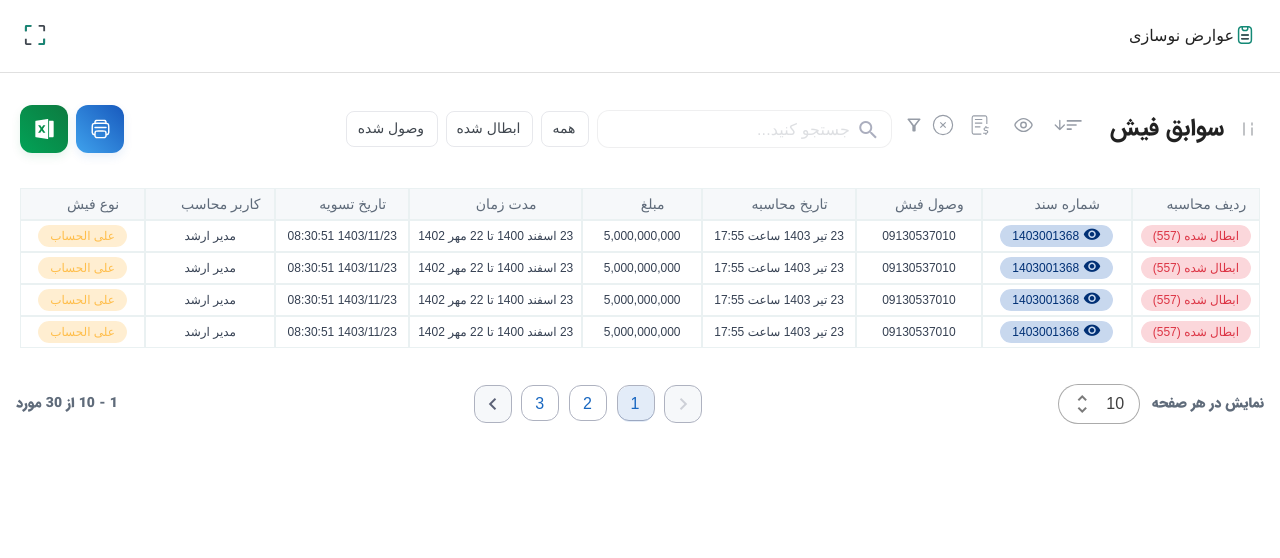
Repository: mobinazarein/data-table
Page: /
These files come from the project's save history. The page is drawn as it stood at one moment and after a run of saves; the edit follows.
The browser window is 1280 px wide. The pictures show the whole page.
Some web fonts or font styles are not loaded; a fallback is used. The project was rebuilt for these pictures with package versions that can differ from the ones it lists, and the page was loaded fresh each time. Also part of the build but not shown: vue.config.js.

Above is the page before, as saved 2025-03-26 13:36:15.

### public/index.html
<!DOCTYPE html>
<html lang="en" dir="rtl">
  <head>
    <meta charset="utf-8">
    <meta http-equiv="X-UA-Compatible" content="IE=edge">
    <meta name="viewport" content="width=device-width,initial-scale=1.0">
    <link rel="icon" href="<%= BASE_URL %>favicon.ico">
    <title><%= htmlWebpackPlugin.options.title %></title>
  </head>
  <body>
    <noscript>
      <strong>We're sorry but <%= htmlWebpackPlugin.options.title %> doesn't
        work properly without JavaScript enabled. Please enable it to
        continue.</strong>
    </noscript>
    <div id="app"></div>
    <!-- built files will be auto injected -->
  </body>
</html>

### src/App.vue
<template>
  <v-app dir="rtl">
    <v-locale-provider :rtl="true">
      <div dir="rtl">
        <TopHeader />
        <DataTable :headers="pageData.headers" :items="pageData.items" :showExportButtons="true" :itemsPerPage="20"
          :showSearchBtn="true" :items-per-page="10" :customStyles="[
            { key: 'row', bgColor: '#FFEEF0', textColor: '#DC3545' },
            { key: 'documentNumber', bgColor: '#E4EFFF', textColor: '#013075', icon: 'mdi-eye', iconColor: '#013075', iconSize: '18px' },
            { key: 'receiptType', bgColor: '#FFBE4C26', textColor: '#FFBE4C' }
          ]" title="سوابق فیش" :iconComponent="PauseIcon"
          :iconList="[PaginationIcon, EyeIcon, InvoiceIcon, CircleCross, FilterIcon]"
          :mobileIconList="[PaginationIcon, EyeIcon, InvoiceIcon, CircleCross, FilterIcon, PrinterIcon, ExcelIcon]"
          :buttons="pageData.buttonList" :mobileFilterButtons="pageData.mobileBtn" :actions="actions" />
      </div>
    </v-locale-provider>
  </v-app>
</template>

<script setup>
import TopHeader from './layouts/TopHeader.vue';
import DataTable from './components/DataTable.vue';
import PauseIcon from './assets/Icons/PauseIcon.vue';
import PaginationIcon from '@/assets/Icons/PaginationIcon.vue';
import EyeIcon from '@/assets/Icons/EyeIcon.vue';
import InvoiceIcon from '@/assets/Icons/InvoiceIcon.vue';
import CircleCross from '@/assets/Icons/CircleCross.vue';
import FilterIcon from '@/assets/Icons/FilterIcon.vue';
import PrinterIcon from '@/assets/Icons/PrinterIcon.vue';
import ExcelIcon from '@/assets/Icons/ExcelIcon.vue';
import { ref } from 'vue';
const pageData = ref({
  headers: [
    { title: 'ردیف محاسبه', key: 'row', align: 'center', sortable: true, width: '121px' },
    { title: 'شماره سند', key: 'documentNumber', align: 'center', sortable: true, width: '165px' },
    { title: 'وصول فیش', key: 'receiptStatus', align: 'center', sortable: true, width: '139px' },
    { title: 'تاریخ محاسبه', key: 'calculationDate', align: 'center', sortable: true, width: '159px' },
    { title: 'مبلغ', key: 'amount', align: 'center', sortable: true, width: '139px' },
    { title: 'مدت زمان', key: 'duration', align: 'center', sortable: true, width: '165px' },
    { title: 'تاریخ تسویه', key: 'settlementDate', align: 'center', sortable: true, width: '139px' },
    { title: 'کاربر محاسب', key: 'user', align: 'center', sortable: true, width: '139px' },
    { title: 'نوع فیش', key: 'receiptType', align: 'center', sortable: true, width: '139px' },
    // { title: 'عملیات', key: 'actions', align: 'center', sortable: true, width: '139px' }
  ],
  items: [
    {
      row: 'ابطال شده (557)',
      documentNumber: '1403001368',
      receiptStatus: '09130537010',
      calculationDate: '23 تیر 1403 ساعت 17:55',
      amount: '5,000,000,000',
      duration: '23 اسفند 1400 تا 22 مهر 1402',
      settlementDate: '1403/11/23 08:30:51',
      user: 'مدیر ارشد',
      receiptType: 'علی الحساب',
    },
    {
      row: 'ابطال شده (557)',
      documentNumber: '1403001368',
      receiptStatus: '09130537010',
      calculationDate: '23 تیر 1403 ساعت 17:55',
      amount: '5,000,000,000',
      duration: '23 اسفند 1400 تا 22 مهر 1402',
      settlementDate: '1403/11/23 08:30:51',
      user: 'مدیر ارشد',
      receiptType: 'علی الحساب'
    },
    {
      row: 'ابطال شده (557)',
      documentNumber: '1403001368',
      receiptStatus: '09130537010',
      calculationDate: '23 تیر 1403 ساعت 17:55',
      amount: '5,000,000,000',
      duration: '23 اسفند 1400 تا 22 مهر 1402',
      settlementDate: '1403/11/23 08:30:51',
      user: 'مدیر ارشد',
      receiptType: 'علی الحساب'
    }, {
      row: 'ابطال شده (557)',
      documentNumber: '1403001368',
      receiptStatus: '09130537010',
      calculationDate: '23 تیر 1403 ساعت 17:55',
      amount: '5,000,000,000',
      duration: '23 اسفند 1400 تا 22 مهر 1402',
      settlementDate: '1403/11/23 08:30:51',
      user: 'مدیر ارشد',
      receiptType: 'علی الحساب'
    }
  ],
  buttonList: [
    { label: 'همه', width: 48 },
    { label: 'ابطال شده', width: 87 },
    { label: 'وصول شده', width: 92 },
  ],
  mobileBtn: [
    { label: "همه", width: 44, borderRadius: 62 },
    { label: "ابطال شده", width: 80, borderRadius: 42 },
    { label: "وصول شده", width: 89, borderRadius: 42 }
  ]
}).value;
const actions = [
  { icon: 'mdi-pencil', method: editItem },
  { icon: 'mdi-delete', method: deleteItem },
];
function editItem() {
  console.log('edit');
}
function deleteItem() {
  console.log('delete');

}
</script>
<style>
body {
  font-family: "IRANSans", sans-serif;
}
</style>

### src/assets/base.scss
// @import "./styles/fonts";

*,
*::before,
*::after {
  box-sizing: border-box;
  margin: 0;
  font-weight: normal;
  font-family: "IRANSans", sans-serif;
  letter-spacing: 0;
}

body {
  font-family: "IRANSans", sans-serif !important;
}
h1,
h2 {
  font-family: "IRANSans", sans-serif;
  font-weight: 700;
}
p {
  font-family: "IRANSans", sans-serif;
  font-weight: 400;
}
.v-field.v-field--center-affix.v-field--prepended.v-field--variant-outlined.v-theme--light.v-locale--is-rtl {
  border-radius: 12px !important;
}
.v-field__prepend-inner {
  color: #737993;
}

label.v-label.v-field-label {
  color: #c7cacf;
}

.v-field.v-field--center-affix.v-field--prepended.v-field--variant-outlined.v-theme--light.v-locale--is-rtl {
  color: #77787f4d;
}
/* .v-table__wrapper {
  overflow: hidden;
} */
.v-data-table thead {
  background-color: #f6f8fa !important;
  width: 138.41665649414062px;
  height: 32px !important;
}

.v-data-table thead th {
  height: 32px !important;
  color: #5f6b7a !important;
  font-weight: 700 !important;
  border: 1px solid #eaf1f2 !important;
  padding: 0 8px !important;
}

.v-data-table tbody tr td {
  height: 32px !important;
  color: #364153 !important;
  font-weight: 500 !important;
  border: 1px solid #eaf1f2 !important;
  white-space: nowrap !important;
  overflow: hidden !important;
  text-overflow: ellipsis !important;
  height: 32px !important;
  padding: 0 8px !important;
  font-size: 12px !important;
  padding: 0 8px !important;
  font-weight: 400 !important;
}

.v-data-table tbody tr {
  height: 32px !important;
}

td.v-data-table__td.v-data-table-column--align-center {
  font-size: 12px !important;
  height: 32px !important;
}

th {
  white-space: nowrap;
}

.custom-pagination .v-pagination__item {
  border-radius: 12px !important;
  min-width: 36px !important;
  height: 36px !important;
  font-size: 14px !important;
  color: #5b6176 !important;
  border: 1px solid #aeb2c0 !important;
}

.custom-pagination .v-pagination__item--active {
  border-radius: 12px !important;
  min-width: 36px !important;
  height: 36px !important;
  background-color: #b8dada !important;
  color: #148976 !important;
  border: 1px solid #148976 !important;
  font-weight: bold !important;
  box-shadow: none !important;
}
button.v-btn.v-btn--icon.v-theme--light.text-primary.v-btn--density-comfortable.v-btn--rounded.v-btn--size-default.v-btn--variant-text {
  border-radius: 12px !important;
}

.custom-pagination .v-pagination__prev,
.custom-pagination .v-pagination__next {
  border-radius: 12px !important;
  background-color: #f6f8fa !important;
  color: #5b6176 !important;
  border: 1px solid #aeb2c0 !important;
}
.mdi-chevron-right::before {
  color: #5b6176 !important;
}

.mdi-chevron-left::before {
  color: #5b6176 !important;
}

.custom-pagination .v-pagination__prev:hover,
.custom-pagination .v-pagination__next:hover,
.custom-pagination .v-pagination__prev:focus,
.custom-pagination .v-pagination__next:focus,
.custom-pagination .v-pagination__prev.v-pagination__item--active,
.custom-pagination .v-pagination__next.v-pagination__item--active {
  border: 1px solid #148976 !important;
  color: #148976 !important;
}

.custom-pagination .v-pagination__item--active,
.custom-pagination .v-pagination__item:focus {
  border-radius: 12px !important;
  min-width: 36px !important;
  height: 36px !important;
  background-color: #d8eef2 !important;
  color: #148976 !important;
  border: 1px solid #148976 !important;
  font-weight: bold !important;
}

.custom-pagination .v-pagination__item:hover {
  border: 1px solid #148976 !important;
  color: #148976 !important;
}

.custom-pagination .v-pagination__prev:hover,
.custom-pagination .v-pagination__next:hover {
  border: 1px solid #148976 !important;
  color: #148976 !important;
}

### src/layouts/TopHeader.vue
<template>
    <div class="d-flex justify-space-between items-center pa-6 border-b border-[#ADB0B433] select-none">
        <div class="d-flex flex-row gap-x-1.25">
            <ClipBoard />
            <div class="h-5 text-nowrap">عوارض نوسازی</div>
        </div>
        <FullScreen class="cursor-pointer" @click="toggleFullscreen" />
    </div>
</template>
<script setup>
import ClipBoard from "../assets/Icons/headers/ClipboardIcon.vue";
import FullScreen from "../assets/Icons/headers/FullScreen.vue";
const toggleFullscreen = () => {
    if (document.fullscreenElement) {
        if (document.exitFullscreen) {
            document.exitFullscreen();
        } else if (document.webkitExitFullscreen) {
            // Safari
            document.webkitExitFullscreen();
        } else if (document.mozCancelFullScreen) {
            // Firefox
            document.mozCancelFullScreen();
        } else if (document.msExitFullscreen) {
            // IE/Edge
            document.msExitFullscreen();
        }
    } else {
        const doc = document.documentElement;
        if (doc.requestFullscreen) {
            doc.requestFullscreen();
        } else if (doc.mozRequestFullScreen) {
            // Firefox
            doc.mozRequestFullScreen();
        } else if (doc.webkitRequestFullscreen) {
            // Chrome, Safari, Opera
            doc.webkitRequestFullscreen();
        } else if (doc.msRequestFullscreen) {
            // IE/Edge
            doc.msRequestFullscreen();
        }
    }
};
</script>
<style scoped></style>

### src/assets/Icons/PauseIcon.vue
<template>
    <svg width="24" height="24" viewBox="0 0 24 24" fill="none" xmlns="http://www.w3.org/2000/svg">
        <path d="M8 6V18M16 6V8M16 18V11" stroke="#ADB0B4" stroke-width="1.5" stroke-linecap="round"
            stroke-linejoin="round" />
    </svg>
</template>

### src/assets/Icons/PaginationIcon.vue
<template>
    <svg width="36" height="48" viewBox="0 0 36 48" fill="none" xmlns="http://www.w3.org/2000/svg">
<path d="M9.79481 19.4529V28.5469M9.79481 28.5469L14.3418 23.9999M9.79481 28.5469L5.2478 23.9999" stroke="#969CA6" stroke-width="1.29915" stroke-linecap="round" stroke-linejoin="round"/>
<path d="M16.7693 28.9231H21.6924V27.282H16.7693V28.9231ZM16.7693 19.0769V20.7179H31.5385V19.0769H16.7693ZM16.7693 24.8205H26.6154V23.1795H16.7693V24.8205Z" fill="#969CA6"/>
</svg>
</template>

### src/assets/Icons/EyeIcon.vue
<template>
    <svg width="37" height="48" viewBox="0 0 37 48" fill="none" xmlns="http://www.w3.org/2000/svg">
<path d="M18.5 17.5833C21.4713 17.5833 24.0781 19.7396 25.7446 21.5522C26.4843 22.3568 26.8542 22.7591 26.979 23.5925C27.0096 23.7966 27.0096 24.2033 26.979 24.4073C26.8542 25.2407 26.4843 25.643 25.7446 26.4477C24.0781 28.2603 21.4713 30.4166 18.5 30.4166C15.5288 30.4166 12.922 28.2603 11.2555 26.4477C10.5158 25.643 10.1459 25.2407 10.0211 24.4073C9.99049 24.2033 9.99049 23.7966 10.0211 23.5925C10.1459 22.7591 10.5158 22.3568 11.2555 21.5522C12.922 19.7396 15.5288 17.5833 18.5 17.5833Z" stroke="#969CA6" stroke-width="1.375" stroke-linejoin="round"/>
<path d="M21.25 24C21.25 25.5188 20.0188 26.75 18.5 26.75C16.9812 26.75 15.75 25.5188 15.75 24C15.75 22.4812 16.9812 21.25 18.5 21.25C20.0188 21.25 21.25 22.4812 21.25 24Z" stroke="#969CA6" stroke-width="1.375" stroke-linejoin="round"/>
</svg>
</template>

### src/assets/Icons/InvoiceIcon.vue
<template>
    <svg width="35" height="48" viewBox="0 0 35 48" fill="none" xmlns="http://www.w3.org/2000/svg">
<path d="M26.6666 26.1999H23.9166V27.2999H26.6666V26.1999ZM23.9166 26.1999H23.4583V27.2999H23.9166V26.1999ZM23.4583 30.0499H24.375V28.9499H23.4583V30.0499ZM24.375 31.6999H23.9166V32.7999H24.375V31.6999ZM23.9166 31.6999H21.1666V32.7999H23.9166V31.6999ZM25.2 30.8749C25.2 31.3306 24.8306 31.6999 24.375 31.6999V32.7999C25.4381 32.7999 26.3 31.9381 26.3 30.8749H25.2ZM24.375 30.0499C24.8306 30.0499 25.2 30.4193 25.2 30.8749H26.3C26.3 29.8118 25.4381 28.9499 24.375 28.9499V30.0499ZM21.5333 28.1249C21.5333 29.1881 22.3951 30.0499 23.4583 30.0499V28.9499C23.0027 28.9499 22.6333 28.5806 22.6333 28.1249H21.5333ZM23.4583 26.1999C22.3951 26.1999 21.5333 27.0618 21.5333 28.1249H22.6333C22.6333 27.6693 23.0027 27.2999 23.4583 27.2999V26.1999ZM24.4666 26.7499V24.9166H23.3666V26.7499H24.4666ZM23.3666 32.2499V34.0833H24.4666V32.2499H23.3666ZM13.8333 15.3833H21.1666V14.2833H13.8333V15.3833ZM19.3333 32.6166H13.8333V33.7166H19.3333V32.6166ZM10.7166 29.4999V18.4999H9.61663V29.4999H10.7166ZM13.8333 32.6166C12.9535 32.6166 12.349 32.6154 11.8949 32.5544C11.4567 32.4954 11.2418 32.39 11.0925 32.2407L10.3147 33.0185C10.7024 33.4062 11.1881 33.5692 11.7483 33.6446C12.2928 33.7178 12.9846 33.7166 13.8333 33.7166V32.6166ZM9.61663 29.4999C9.61663 30.3486 9.61546 31.0405 9.68865 31.5849C9.76397 32.1451 9.92698 32.6308 10.3147 33.0185L11.0925 32.2407C10.9432 32.0914 10.8378 31.8766 10.7788 31.4383C10.7178 30.9842 10.7166 30.3797 10.7166 29.4999H9.61663ZM21.1666 15.3833C22.0464 15.3833 22.6509 15.3844 23.105 15.4455C23.5433 15.5044 23.7582 15.6099 23.9074 15.7591L24.6852 14.9813C24.2975 14.5936 23.8118 14.4306 23.2516 14.3553C22.7072 14.2821 22.0153 14.2833 21.1666 14.2833V15.3833ZM25.3833 18.4999C25.3833 17.6512 25.3845 16.9594 25.3113 16.415C25.2359 15.8547 25.0729 15.369 24.6852 14.9813L23.9074 15.7591C24.0567 15.9084 24.1622 16.1233 24.2211 16.5615C24.2821 17.0156 24.2833 17.6201 24.2833 18.4999H25.3833ZM13.8333 14.2833C12.9846 14.2833 12.2928 14.2821 11.7483 14.3553C11.1881 14.4306 10.7024 14.5936 10.3147 14.9813L11.0925 15.7591C11.2418 15.6099 11.4567 15.5044 11.8949 15.4455C12.349 15.3844 12.9535 15.3833 13.8333 15.3833V14.2833ZM10.7166 18.4999C10.7166 17.6201 10.7178 17.0156 10.7788 16.5615C10.8378 16.1233 10.9432 15.9084 11.0925 15.7591L10.3147 14.9813C9.92698 15.369 9.76397 15.8547 9.68865 16.415C9.61546 16.9594 9.61663 17.6512 9.61663 18.4999H10.7166ZM24.2833 18.4999V23.0833H25.3833V18.4999H24.2833ZM12.9166 19.0499H20.25V17.9499H12.9166V19.0499ZM12.9166 22.7166H20.25V21.6166H12.9166V22.7166ZM12.9166 26.3833H18.4166V25.2833H12.9166V26.3833Z" fill="#969CA6"/>
</svg>
</template>

### src/assets/Icons/CircleCross.vue
<template>
    <svg width="22" height="22" viewBox="0 0 21 20" fill="none" xmlns="http://www.w3.org/2000/svg">
        <path
            d="M7.90736 7.40719L13.0928 12.5926M13.0927 7.40719L7.90726 12.5926M19.6667 9.99992C19.6667 15.0625 15.5627 19.1666 10.5 19.1666C5.43743 19.1666 1.33337 15.0625 1.33337 9.99992C1.33337 4.93731 5.43743 0.833252 10.5 0.833252C15.5627 0.833252 19.6667 4.93731 19.6667 9.99992Z"
            stroke="#969CA6" stroke-width="1.1" />
    </svg>
</template>

### src/assets/Icons/FilterIcon.vue
<template>
    <svg width="20" height="20" viewBox="0 0 20 20" fill="none" xmlns="http://www.w3.org/2000/svg">
<path d="M5.90159 5.07682H14.1067L9.99595 10.246L5.90159 5.07682ZM3.64518 4.75682C5.30262 6.88194 8.36313 10.8204 8.36313 10.8204V15.7435C8.36313 16.1948 8.73236 16.564 9.18364 16.564H10.8247C11.276 16.564 11.6452 16.1948 11.6452 15.7435V10.8204C11.6452 10.8204 14.6975 6.88194 16.3549 4.75682C16.7734 4.21528 16.3877 3.43579 15.7067 3.43579H4.29339C3.61236 3.43579 3.22672 4.21528 3.64518 4.75682Z" fill="#969CA6"/>
</svg>
</template>

### src/assets/Icons/PrinterIcon.vue
<template>
    <svg
      width="23"
      height="24"
      viewBox="0 0 23 24"
      fill="none"
      xmlns="http://www.w3.org/2000/svg"
      :style="{ color: iconColor }"
    >
      <path
        d="M6 10.5641H17M6 17.7447V17.7447C5.66891 17.7447 5.50337 17.7447 5.36418 17.7283C4.26359 17.599 3.39569 16.7311 3.26636 15.6305C3.25 15.4913 3.25 15.3257 3.25 14.9947V10.5641C3.25 8.76909 3.25 7.87158 3.70712 7.24241C3.85475 7.03921 4.03345 6.86052 4.23664 6.71289C4.86582 6.25577 5.76332 6.25577 7.55833 6.25577H15.4417C17.2367 6.25577 18.1342 6.25577 18.7634 6.71289C18.9666 6.86052 19.1452 7.03921 19.2929 7.24241C19.75 7.87158 19.75 8.76909 19.75 10.5641V14.9947C19.75 15.3257 19.75 15.4913 19.7336 15.6305C19.6043 16.7311 18.7364 17.599 17.6358 17.7283C17.4966 17.7447 17.3311 17.7447 17 17.7447V17.7447M6 17.7447V17.7447C6 18.6368 6 19.0829 6.14576 19.4348C6.3401 19.904 6.71286 20.2768 7.18205 20.4711C7.53393 20.6169 7.98003 20.6169 8.87222 20.6169H14.1278C15.02 20.6169 15.4661 20.6169 15.818 20.4711C16.2871 20.2768 16.6599 19.904 16.8542 19.4348C17 19.0829 17 18.6368 17 17.7447V17.7447M6 17.7447V17.3617C6 15.9257 6 15.2077 6.3657 14.7043C6.4838 14.5418 6.62676 14.3988 6.78931 14.2807C7.29265 13.915 8.01066 13.915 9.44667 13.915H13.5533C14.9893 13.915 15.7073 13.915 16.2107 14.2807C16.3732 14.3988 16.5162 14.5418 16.6343 14.7043C17 15.2077 17 15.9257 17 17.3617V17.7447M17 6.25577V6.25577C17 5.36358 17 4.91748 16.8542 4.56559C16.6599 4.09641 16.2871 3.72364 15.818 3.5293C15.4661 3.38354 15.02 3.38354 14.1278 3.38354H8.87222C7.98003 3.38354 7.53393 3.38354 7.18205 3.5293C6.71286 3.72364 6.3401 4.09641 6.14576 4.56559C6 4.91748 6 5.36358 6 6.25577V6.25577H17Z"
        stroke="currentColor"
        stroke-width="1.43611"
        stroke-linecap="round"
        stroke-linejoin="round"
      />
    </svg>
  </template>

  <script setup>
  import { defineProps } from 'vue';

  defineProps({
    iconColor: {
      type: String,
      default: 'white',
    },
  });
  </script>

### src/assets/Icons/ExcelIcon.vue
<template>
    <svg
      width="23"
      height="22"
      viewBox="0 0 23 22"
      fill="none"
      xmlns="http://www.w3.org/2000/svg"
      :style="{ color: iconColor }"
    >
      <g clip-path="url(#clip0_397_6997)">
        <path
          d="M3.12085 2.63712L14.6434 0.991705C14.7084 0.982376 14.7747 0.987136 14.8377 1.00566C14.9007 1.02419 14.959 1.05604 15.0087 1.09908C15.0583 1.14211 15.0981 1.19531 15.1254 1.25507C15.1527 1.31483 15.1668 1.37976 15.1668 1.44546V20.5543C15.1668 20.6199 15.1527 20.6847 15.1254 20.7444C15.0982 20.8041 15.0585 20.8573 15.009 20.9003C14.9594 20.9433 14.9012 20.9752 14.8383 20.9938C14.7754 21.0124 14.7092 21.0172 14.6443 21.008L3.11994 19.3626C2.90142 19.3315 2.70147 19.2226 2.55682 19.0559C2.41216 18.8892 2.33252 18.6758 2.33252 18.4551V3.54462C2.33252 3.3239 2.41216 3.11059 2.55682 2.94388C2.70147 2.77716 2.90234 2.66824 3.12085 2.63712ZM16.0834 2.74987H19.7501C19.9932 2.74987 20.2264 2.84645 20.3983 3.01836C20.5702 3.19027 20.6668 3.42342 20.6668 3.66654V18.3332C20.6668 18.5763 20.5702 18.8095 20.3983 18.9814C20.2264 19.1533 19.9932 19.2499 19.7501 19.2499H16.0834V2.74987ZM9.8501 10.9999L12.4168 7.33321H10.2168L8.7501 9.42871L7.28344 7.33321H5.08344L7.6501 10.9999L5.08344 14.6665H7.28344L8.7501 12.571L10.2168 14.6665H12.4168L9.8501 10.9999Z"
          fill="currentColor"
        />
      </g>
      <defs>
        <clipPath id="clip0_397_6997">
          <rect width="22" height="22" fill="white" transform="translate(0.5)" />
        </clipPath>
      </defs>
    </svg>
  </template>

  <script setup>
  import { defineProps } from 'vue';

  defineProps({
    iconColor: {
      type: String,
      default: 'white',
    },
  });
  </script>

### src/assets/styles/_fonts.scss
@font-face {
  font-family: "IRANSans";
  src: url("/public/fonts/IRANSans.woff2") format("woff2");
  font-weight: 400;
  font-style: normal;
  font-display: swap;
}

@font-face {
  font-family: "IRANSans";
  src: url("/public/fonts/IRANSans_Black.woff2") format("woff2");
  font-weight: 500;
  font-style: normal;
  font-display: swap;
}

@font-face {
  font-family: "IRANSans";
  src: url("/public/fonts/IRANSans_Bold.woff2") format("woff2");
  font-weight: 800;
  font-style: normal;
  font-display: swap;
}

### src/assets/Icons/headers/FullScreen.vue
<template>
  <svg width="22" height="22" viewBox="0 0 22 22" fill="none" xmlns="http://www.w3.org/2000/svg">
    <g clip-path="url(#clip0_762_4180)">
      <path
        d="M3.66676 2.74973C3.20873 2.74973 2.95741 2.75168 2.78307 2.77512L2.7764 2.77603L2.77548 2.78271C2.75204 2.95705 2.75009 3.20836 2.75009 3.6664V7.33306H0.916761L0.916755 3.61652C0.916678 3.22779 0.916604 2.85 0.958496 2.53842C1.00572 2.18715 1.12078 1.78631 1.45373 1.45337C1.78668 1.12042 2.18752 1.00536 2.53878 0.95813C2.85037 0.916238 3.22816 0.916312 3.61689 0.916388L7.33343 0.916395V2.74973H3.66676Z"
        fill="#40474F" />
      <path
        d="M18.3334 2.74973C18.7915 2.74973 19.0428 2.75168 19.2171 2.77512L19.2238 2.77603L19.2247 2.78271C19.2481 2.95705 19.2501 3.20836 19.2501 3.6664V7.33306H21.0834L21.0834 3.61652C21.0835 3.22781 21.0836 2.84999 21.0417 2.53842C20.9945 2.18715 20.8794 1.78631 20.5465 1.45337C20.2135 1.12042 19.8127 1.00536 19.4614 0.95813C19.1498 0.916238 18.772 0.916312 18.3833 0.916388L14.6668 0.916395V2.74973H18.3334Z"
        fill="#40474F" />
      <path
        d="M18.3334 19.2497C18.7915 19.2497 19.0428 19.2478 19.2171 19.2243L19.2238 19.2234L19.2247 19.2167C19.2481 19.0424 19.2501 18.7911 19.2501 18.333V14.6664H21.0834L21.0834 18.3829C21.0835 18.7716 21.0836 19.1494 21.0417 19.461C20.9945 19.8123 20.8794 20.2131 20.5465 20.5461C20.2135 20.879 19.8127 20.9941 19.4614 21.0413C19.1498 21.0832 18.772 21.0831 18.3833 21.083L14.6668 21.083V19.2497H18.3334Z"
        fill="#40474F" />
      <path
        d="M2.78307 19.2243C2.95741 19.2478 3.20873 19.2497 3.66676 19.2497H7.33343V21.083L3.61689 21.083C3.22816 21.0831 2.85037 21.0832 2.53878 21.0413C2.18752 20.9941 1.78668 20.879 1.45373 20.5461C1.12078 20.2131 1.00572 19.8123 0.958496 19.461C0.916603 19.1494 0.916678 18.7716 0.916755 18.3829L0.916761 14.6664H2.75009V18.333C2.75009 18.7911 2.75204 19.0424 2.77548 19.2167L2.7764 19.2234L2.78307 19.2243Z"
        fill="#40474F" />
    </g>
    <path
      d="M3.66652 2.74985C3.20848 2.74985 2.95717 2.7518 2.78283 2.77524L2.77615 2.77615L2.77524 2.78283C2.7518 2.95717 2.74985 3.20848 2.74985 3.66652V7.33318H0.916517L0.91651 3.61664C0.916434 3.22791 0.91636 2.85013 0.958251 2.53854C1.00548 2.18727 1.12054 1.78644 1.45349 1.45349C1.78643 1.12054 2.18727 1.00548 2.53854 0.958252C2.85013 0.91636 3.22791 0.916434 3.61664 0.91651L7.33318 0.916517V2.74985H3.66652Z"
      fill="#148976" />
    <path
      d="M18.3332 19.2498C18.7912 19.2498 19.0425 19.2479 19.2169 19.2244L19.2235 19.2235L19.2245 19.2168C19.2479 19.0425 19.2498 18.7912 19.2498 18.3332V14.6665H21.0832L21.0832 18.383C21.0833 18.7717 21.0833 19.1496 21.0414 19.4611C20.9942 19.8124 20.8792 20.2132 20.5462 20.5462C20.2133 20.8791 19.8124 20.9942 19.4612 21.0414C19.1496 21.0833 18.7718 21.0832 18.3831 21.0832L14.6665 21.0832V19.2498H18.3332Z"
      fill="#148976" />
    <defs>
      <clipPath id="clip0_762_4180">
        <rect width="22" height="22" fill="white" />
      </clipPath>
    </defs>
  </svg>
</template>

### src/layouts/belowHeader.vue
<template>
  <div
    class="d-flex flex-row text-nowrap justify-center items-center px-52 py-6 gap-x-2 select-none border-b-6 border-[#CFEBFD]">
    <template v-for="(item, index) in items" :key="index">
      <router-link :to="{ name: item.link }" active-class="selected"
        class="flex justify-center items-center px-6 py-3 cursor-pointer">
        {{ item.title }}
      </router-link>
      <div v-if="index < items.length - 1" class="w-0 h-7.5 border border-[#ADB0B41A]"></div>
    </template>
  </div>
</template>
<script setup>
import { useRoute } from "vue-router";
const route = useRoute();
const items = [
  { title: "محاسبه", link: "calculation" },
  { title: "سوابق", link: "records" },
  // { title: "کیف نوسازی"},
  // { title: "انتقال فیش" },
  // { title: "فیش علی الحساب" },
  // { title: "آرای کمسیون 77" },
  // { title: "قرارداد های پسماند" },
];
</script>
<style>
.selected {
  color: #ffffff;
  border-radius: 7px;
  background: linear-gradient(90deg, #148976 0%, #117363 100%);
}
</style>

Loaded but not shown: src/plugins/vuetify.js (17 lines, source omitted); src/main.js (9 lines, source omitted); src/components/DataTable.vue (235 lines, source omitted); src/assets/Icons/headers/ClipboardIcon.vue (9 lines, source omitted)

After the next 4 saves:
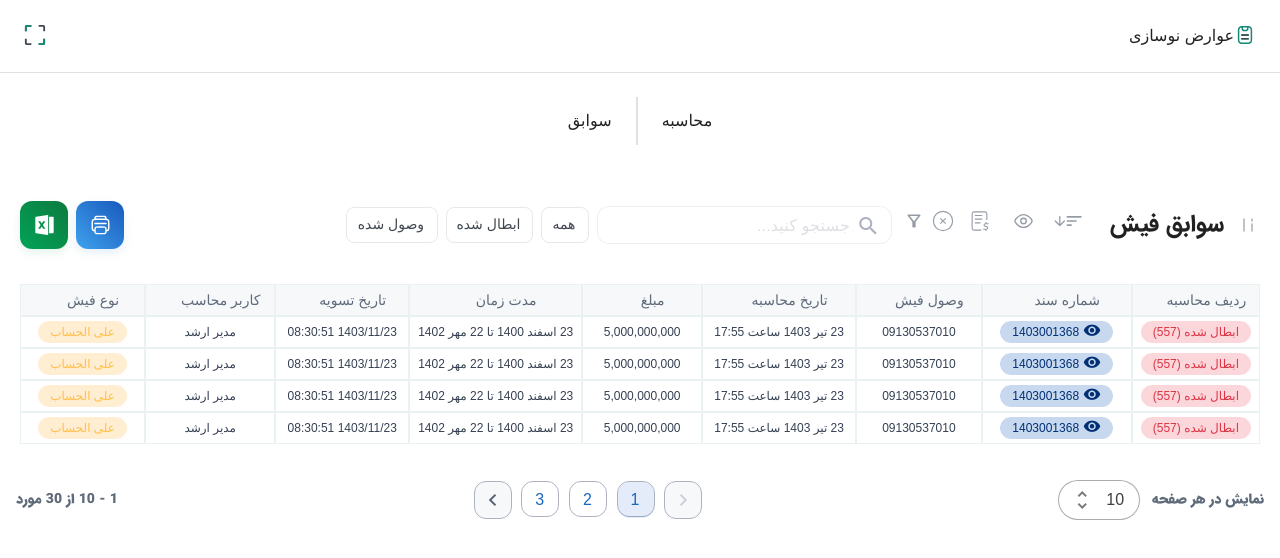
The 4 saves are shown as one change because 3 did not build or start.
The last was saved 89 s later.
--- a/src/App.vue
+++ b/src/App.vue
@@ -3,6 +3,7 @@
     <v-locale-provider :rtl="true">
       <div dir="rtl">
         <TopHeader />
+        <BelowHeader />
         <DataTable :headers="pageData.headers" :items="pageData.items" :showExportButtons="true" :itemsPerPage="20"
           :showSearchBtn="true" :items-per-page="10" :customStyles="[
             { key: 'row', bgColor: '#FFEEF0', textColor: '#DC3545' },
@@ -29,6 +30,7 @@ import FilterIcon from '@/assets/Icons/FilterIcon.vue';
 import PrinterIcon from '@/assets/Icons/PrinterIcon.vue';
 import ExcelIcon from '@/assets/Icons/ExcelIcon.vue';
 import { ref } from 'vue';
+import BelowHeader from './layouts/belowHeader.vue';
 const pageData = ref({
   headers: [
     { title: 'ردیف محاسبه', key: 'row', align: 'center', sortable: true, width: '121px' },
